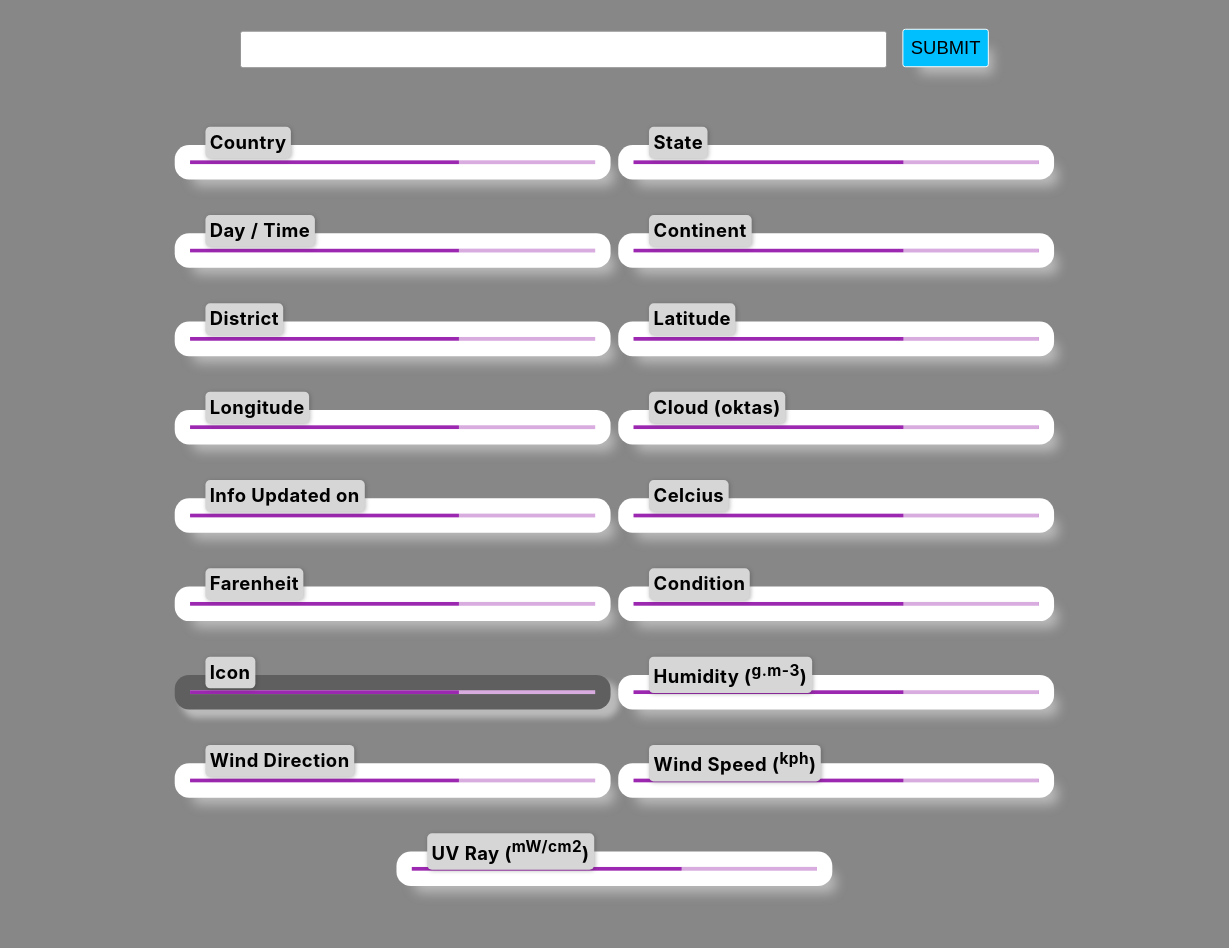
Repository: Imprasna/practising-API
Page: /
These files come from the project's save history. The page is drawn as it stood at one moment and after a run of saves; the edit follows.
The browser window is 1280 px wide. The pictures show the whole page, at 96% of full size.
The project was rebuilt for these pictures with package versions that can differ from the ones it lists, and the page was loaded fresh each time. Also part of the build but not shown: src/component/Country.js, src/component/Region.js, src/component/Time.js, src/component/Continent.js, src/component/District.js, src/component/Cloud.js, src/component/UpdatedWeather.js, src/component/Celcius.js and 9 more.

Above is the page before, as saved 2021-11-12 00:06:25.

### src/App.js
import './App.css';
import Get from './Get'

function App() {
  return (
    <div className="App">
      <Get />
    </div>
  );
}

export default App;

### src/Get.js
import React, { useState } from "react";
import axios from "axios";
// import moment from 'moment';
import Country from "./component/Country";
import Region from "./component/Region";
import Time from "./component/Time";
import Continent from "./component/Continent";
import District from "./component/District";
import Cloud from "./component/Cloud";
import UpdatedWeather from "./component/UpdatedWeather";
import Celcius from "./component/Celcius";
import Farenheit from "./component/Farenheit";
import Latitude from "./component/Latitude";
import Longitude from "./component/Longitude";
import Condition from "./component/Condition";
import Icon from "./component/Icon";
import Humidity from "./component/Humidity";
import WindDirection from "./component/WindDirection";
import WindSpeed from "./component/WindSpeed";
import Uv from "./component/Uv";
import "./component/style.css";
// import CircularProgress from '@mui/material/CircularProgress';
import LinearProgress from '@mui/material/LinearProgress';



const Get = () => {
	const [getPost, setGetPost] = useState([]);
	const [loading, setLoading] = useState(false);
	const [values, setValues] = useState({ cities: "" });

	React.useEffect =
		(() => {
			getData();

			const CName = () => {
				setGetPost(getPost);
			};
			CName();
		},
		[]);

		const getData = async () =>
		{
			const city = values.cities;
			try {
				const res = await axios.get(
					`http://api.weatherapi.com/v1/current.json?key=b572a200fc624a6a85671436211310&q=${city}&aqi=yes`
					);
				setTimeout(function ()
				{
					// console.log(res.data.current);
					// console.log(res.data.location);
					// setGetPost(res.data);
					(setGetPost(res.data))
					setLoading(true);
				}, 3000);

			console.log(getPost);
			// console.log(res.data.current);
			// setGetPost({res});
		} catch (err) {
			console.log(err);
		}
	};
	console.log(getPost);

	const onChangeHandler = (e) => {
		const name = e.target.name;
		const value = e.target.value;

		// here values is the state name
		let inputValues = values;
		inputValues[name] = value;
		setValues({ ...inputValues });
		setLoading(false);
	};

	return (
		<>
			<input
				className="search-box"
				type="text"
				value={values.cities}
				name="cities"
				onChange={(e) => onChangeHandler(e)}
			/>
			<button className="button" onClick={getData}>
				Submit
			</button>

			<div className="whole">
				<div className="Country">
					{loading ? (<Country CName={getPost} />) : (<LinearProgress  color="secondary"  />)}
					<h1>Country</h1>
				</div>

				<div className="region">
				{loading ? (<Region CName={getPost} />) : (<LinearProgress  color="secondary"  />) }
					<h1>State</h1>

				</div>

				<div className="time">
				{loading ? (<Time CName={getPost} />) : (<LinearProgress  color="secondary"  />) }
					<h1>Day / Time</h1>

				</div>

				<div className="continent">
				{loading ? (<Continent CName={getPost} />) : (<LinearProgress  color="secondary"  />) }
					<h1>Continent</h1>

				</div>

				<div className="district">
				{loading ? (<District CName={getPost} />) : (<LinearProgress  color="secondary"  />) }
					<h1>District</h1>

				</div>

				<div className="lat">
				{loading ? (<Latitude CName={getPost} />) : (<LinearProgress  color="secondary"  />) }
					<h1>Latitude</h1>

				</div>

				<div className="lon">
				{loading ? (<Longitude CName={getPost} />) : (<LinearProgress  color="secondary"  />) }
					<h1>Longitude</h1>

				</div>

				<div className="cloud">
				{loading ? (<Cloud CName={getPost} />) : (<LinearProgress  color="secondary"  />) }
					<h1>Cloud (oktas)</h1>

				</div>

				<div className="upt">
				{loading ? (<UpdatedWeather CName={getPost} />) : (<LinearProgress  color="secondary"  />) }
					<h1>Info Updated on</h1>

				</div>

				<div className="cel">
				{loading ? (<Celcius CName={getPost} />) : (<LinearProgress  color="secondary"  />) }
					<h1>Celcius</h1>

				</div>

				<div className="far">
				{loading ? (<Farenheit CName={getPost} />) : (<LinearProgress  color="secondary"  />) }
					<h1>Farenheit</h1>

				</div>

				<div className="cond">
				{loading ? (<Condition CName={getPost} />) : (<LinearProgress  color="secondary"  />) }
					<h1>Condition</h1>

				</div>

				<div className="icon">
				{loading ? (<Icon CName={getPost} />) : (<LinearProgress  color="secondary"  />) }
					<h1>Icon</h1>

				</div>

				<div className="hum">
				{loading ? (<Humidity CName={getPost} />) : (<LinearProgress  color="secondary"  />) }
					<h1>
						Humidity (<sup>g.m-3</sup>)
					</h1>

				</div>


				<div className="wd">
				{loading ? (<WindDirection CName={getPost} />) : (<LinearProgress  color="secondary"  />) }
					<h1>Wind Direction</h1>

				</div>

				<div className="ws">
				{loading ? (<WindSpeed CName={getPost} />) : (<LinearProgress  color="secondary"  />) }
					<h1>
						Wind Speed (<sup>kph</sup>)
					</h1>

				</div>

				<div className="uv">
				{loading ? (<Uv CName={getPost} />) : (<LinearProgress  color="secondary"  />) }
					<h1>
						UV Ray (<sup>mW/cm2</sup>)
					</h1>

				</div>
			</div>
		</>
	);
};

export default Get;

### src/component/style.css
body {
    background: #878787;
}

.whole {
    width: 100%;
    height: 100%;
    display: flex;
    justify-content: center;
    align-items: center;
    flex-wrap: wrap;
    gap: .5rem;
    margin-bottom: 4rem;
}

.search-box {
    width: 50%;
    padding: .5rem 1rem;
    border-radius: 3px;
    border: 1px solid #929292;
    outline: none;
    font-size: 1rem;
    line-height: 1.3em;
    margin: 0 auto;
    margin-bottom: 2rem;
    margin-top: 2rem;
    margin-right: 1rem;
    text-transform: uppercase;
}

.button {
    padding: .5rem;
    outline: none;
    border: 1px solid #fff;
    box-shadow: 11px 14px 12px -7px rgba(204,204,204,0.75);
    cursor: pointer;
    font-size: 1.2rem;
    text-transform: uppercase;
    border-radius: 3px;
    background: deepskyblue;
}

.Country {
    width: 33%;
    color: #000;
    padding: 1rem;
    border-radius: 15px;
    background-color: #fff;
    box-shadow: 11px 14px 12px -7px rgba(204,204,204,0.75);
    position: relative;
    font-size: 1.1rem;
    font-weight: 600;
    letter-spacing: .5px;
    margin-top: 3rem;
}

.Country > h1 {
    position: absolute;
    top: -2rem;
    left: 2rem;
    padding: .3rem;
    background-color: #d6d6d6;
    border-radius: 5px;
    font-size: 1.2rem;
    filter: drop-shadow(1px 1px 2px rgba(44, 44, 44, 0.342));
    color: #000;
}

.region {
    width: 33%;
    color: #000;
    padding: 1rem;
    border-radius: 15px;
    background-color: #fff;
    box-shadow: 11px 14px 12px -7px rgba(204,204,204,0.75);
    position: relative;
    font-size: 1.1rem;
    font-weight: 600;
    letter-spacing: .5px;
    margin-top: 3rem;
}

.region > h1 {
    position: absolute;
    top: -2rem;
    left: 2rem;
    padding: .3rem;
    background-color: #d6d6d6;
    border-radius: 5px;
    font-size: 1.2rem;
    filter: drop-shadow(1px 1px 2px rgba(44, 44, 44, 0.342));
    color: #000;
}

.time {
    width: 33%;
    color: #000;
    padding: 1rem;
    border-radius: 15px;
    background-color: #fff;
    box-shadow: 11px 14px 12px -7px rgba(204,204,204,0.75);
    position: relative;
    font-size: 1.1rem;
    font-weight: 600;
    letter-spacing: .5px;
    margin-top: 3rem;
}

.time > h1 {
    position: absolute;
    top: -2rem;
    left: 2rem;
    padding: .3rem;
    background-color: #d6d6d6;
    border-radius: 5px;
    font-size: 1.2rem;
    filter: drop-shadow(1px 1px 2px rgba(44, 44, 44, 0.342));
    color: #000;
}

.continent {
    width: 33%;
    color: #000;
    padding: 1rem;
    border-radius: 15px;
    background-color: #fff;
    box-shadow: 11px 14px 12px -7px rgba(204,204,204,0.75);
    position: relative;
    font-size: 1.1rem;
    font-weight: 600;
    letter-spacing: .5px;
    margin-top: 3rem;
}

.continent > h1 {
    position: absolute;
    top: -2rem;
    left: 2rem;
    padding: .3rem;
    background-color: #d6d6d6;
    border-radius: 5px;
    font-size: 1.2rem;
    filter: drop-shadow(1px 1px 2px rgba(44, 44, 44, 0.342));
    color: #000;
}

.district {
    width: 33%;
    color: #000;
    padding: 1rem;
    border-radius: 15px;
    background-color: #fff;
    box-shadow: 11px 14px 12px -7px rgba(204,204,204,0.75);
    position: relative;
    font-size: 1.1rem;
    font-weight: 600;
    letter-spacing: .5px;
    margin-top: 3rem;
}

.district > h1 {
    position: absolute;
    top: -2rem;
    left: 2rem;
    padding: .3rem;
    background-color: #d6d6d6;
    border-radius: 5px;
    font-size: 1.2rem;
    filter: drop-shadow(1px 1px 2px rgba(44, 44, 44, 0.342));
    color: #000;
}

.lat {
    width: 33%;
    color: #000;
    padding: 1rem;
    border-radius: 15px;
    background-color: #fff;
    box-shadow: 11px 14px 12px -7px rgba(204,204,204,0.75);
    position: relative;
    font-size: 1.1rem;
    font-weight: 600;
    letter-spacing: .5px;
    margin-top: 3rem;
}

.lat > h1 {
    position: absolute;
    top: -2rem;
    left: 2rem;
    padding: .3rem;
    background-color: #d6d6d6;
    border-radius: 5px;
    font-size: 1.2rem;
    filter: drop-shadow(1px 1px 2px rgba(44, 44, 44, 0.342));
    color: #000;
}

.lon {
    width: 33%;
    color: #000;
    padding: 1rem;
    border-radius: 15px;
    background-color: #fff;
    box-shadow: 11px 14px 12px -7px rgba(204,204,204,0.75);
    position: relative;
    font-size: 1.1rem;
    font-weight: 600;
    letter-spacing: .5px;
    margin-top: 3rem;
}

.lon > h1 {
    position: absolute;
    top: -2rem;
    left: 2rem;
    padding: .3rem;
    background-color: #d6d6d6;
    border-radius: 5px;
    font-size: 1.2rem;
    filter: drop-shadow(1px 1px 2px rgba(44, 44, 44, 0.342));
    color: #000;
}

.cloud {
    width: 33%;
    color: #000;
    padding: 1rem;
    border-radius: 15px;
    background-color: #fff;
    box-shadow: 11px 14px 12px -7px rgba(204,204,204,0.75);
    position: relative;
    font-size: 1.1rem;
    font-weight: 600;
    letter-spacing: .5px;
    margin-top: 3rem;
}

.cloud > h1 {
    position: absolute;
    top: -2rem;
    left: 2rem;
    padding: .3rem;
    background-color: #d6d6d6;
    border-radius: 5px;
    font-size: 1.2rem;
    filter: drop-shadow(1px 1px 2px rgba(44, 44, 44, 0.342));
    color: #000;
}

.upt {
    width: 33%;
    color: #000;
    padding: 1rem;
    border-radius: 15px;
    background-color: #fff;
    box-shadow: 11px 14px 12px -7px rgba(204,204,204,0.75);
    position: relative;
    font-size: 1.1rem;
    font-weight: 600;
    letter-spacing: .5px;
    margin-top: 3rem;
}

.upt > h1 {
    position: absolute;
    top: -2rem;
    left: 2rem;
    padding: .3rem;
    background-color: #d6d6d6;
    border-radius: 5px;
    font-size: 1.2rem;
    filter: drop-shadow(1px 1px 2px rgba(44, 44, 44, 0.342));
    color: #000;
}

.cel {
    width: 33%;
    color: #000;
    padding: 1rem;
    border-radius: 15px;
    background-color: #fff;
    box-shadow: 11px 14px 12px -7px rgba(204,204,204,0.75);
    position: relative;
    font-size: 1.1rem;
    font-weight: 600;
    letter-spacing: .5px;
    margin-top: 3rem;
}

.cel > h1 {
    position: absolute;
    top: -2rem;
    left: 2rem;
    padding: .3rem;
    background-color: #d6d6d6;
    border-radius: 5px;
    font-size: 1.2rem;
    filter: drop-shadow(1px 1px 2px rgba(44, 44, 44, 0.342));
    color: #000;
}

.far {
    width: 33%;
    color: #000;
    padding: 1rem;
    border-radius: 15px;
    background-color: #fff;
    box-shadow: 11px 14px 12px -7px rgba(204,204,204,0.75);
    position: relative;
    font-size: 1.1rem;
    font-weight: 600;
    letter-spacing: .5px;
    margin-top: 3rem;
}

.far > h1 {
    position: absolute;
    top: -2rem;
    left: 2rem;
    padding: .3rem;
    background-color: #d6d6d6;
    border-radius: 5px;
    font-size: 1.2rem;
    filter: drop-shadow(1px 1px 2px rgba(44, 44, 44, 0.342));
    color: #000;
}

.cond {
    width: 33%;
    color: #000;
    padding: 1rem;
    border-radius: 15px;
    background-color: #fff;
    box-shadow: 11px 14px 12px -7px rgba(204,204,204,0.75);
    position: relative;
    font-size: 1.1rem;
    font-weight: 600;
    letter-spacing: .5px;
    margin-top: 3rem;
}

.cond > h1 {
    position: absolute;
    top: -2rem;
    left: 2rem;
    padding: .3rem;
    background-color: #d6d6d6;
    border-radius: 5px;
    font-size: 1.2rem;
    filter: drop-shadow(1px 1px 2px rgba(44, 44, 44, 0.342));
    color: #000;
}


.icon {
    width: 33%;
    color: #000;
    padding: 1rem;
    border-radius: 15px;
    background-color: #5f5f5f;
    box-shadow: 8px 8px 7px 1px rgba(204,204,204,0.75);
    position: relative;
    font-size: 1.1rem;
    font-weight: 600;
    letter-spacing: .5px;
    margin-top: 3rem;
}

.icon > h1 {
    position: absolute;
    top: -2rem;
    left: 2rem;
    padding: .3rem;
    background-color: #d6d6d6;
    border-radius: 5px;
    font-size: 1.2rem;
    filter: drop-shadow(1px 1px 2px rgba(44, 44, 44, 0.342));
    color: #000;
}

.hum {
    width: 33%;
    color: #000;
    padding: 1rem;
    border-radius: 15px;
    background-color: #fff;
    box-shadow: 11px 14px 12px -7px rgba(204,204,204,0.75);
    position: relative;
    font-size: 1.1rem;
    font-weight: 600;
    letter-spacing: .5px;
    margin-top: 3rem;
}

.hum > h1 {
    position: absolute;
    top: -2rem;
    left: 2rem;
    padding: .3rem;
    background-color: #d6d6d6;
    border-radius: 5px;
    font-size: 1.2rem;
    filter: drop-shadow(1px 1px 2px rgba(44, 44, 44, 0.342));
    color: #000;
}

.wd {
    width: 33%;
    color: #000;
    padding: 1rem;
    border-radius: 15px;
    background-color: #fff;
    box-shadow: 11px 14px 12px -7px rgba(204,204,204,0.75);
    position: relative;
    font-size: 1.1rem;
    font-weight: 600;
    letter-spacing: .5px;
    margin-top: 3rem;
}

.wd > h1 {
    position: absolute;
    top: -2rem;
    left: 2rem;
    padding: .3rem;
    background-color: #d6d6d6;
    border-radius: 5px;
    font-size: 1.2rem;
    filter: drop-shadow(1px 1px 2px rgba(44, 44, 44, 0.342));
    color: #000;
}

.ws {
    width: 33%;
    color: #000;
    padding: 1rem;
    border-radius: 15px;
    background-color: #fff;
    box-shadow: 11px 14px 12px -7px rgba(204,204,204,0.75);
    position: relative;
    font-size: 1.1rem;
    font-weight: 600;
    letter-spacing: .5px;
    margin-top: 3rem;
}

.ws > h1 {
    position: absolute;
    top: -2rem;
    left: 2rem;
    padding: .3rem;
    background-color: #d6d6d6;
    border-radius: 5px;
    font-size: 1.2rem;
    filter: drop-shadow(1px 1px 2px rgba(44, 44, 44, 0.342));
    color: #000;
}

.uv {
    width: 33%;
    color: #000;
    padding: 1rem;
    border-radius: 15px;
    background-color: #fff;
    box-shadow: 11px 14px 12px -7px rgba(204,204,204,0.75);
    position: relative;
    font-size: 1.1rem;
    font-weight: 600;
    letter-spacing: .5px;
    margin-top: 3rem;
}

.uv > h1 {
    position: absolute;
    top: -2rem;
    left: 2rem;
    padding: .3rem;
    background-color: #d6d6d6;
    border-radius: 5px;
    font-size: 1.2rem;
    filter: drop-shadow(1px 1px 2px rgba(44, 44, 44, 0.342));
    color: #000;
}

Loaded but not shown: public/index.html (common file); src/index.js (common file); src/index.css (common file); src/App.css (common file)

After the next 2 saves:
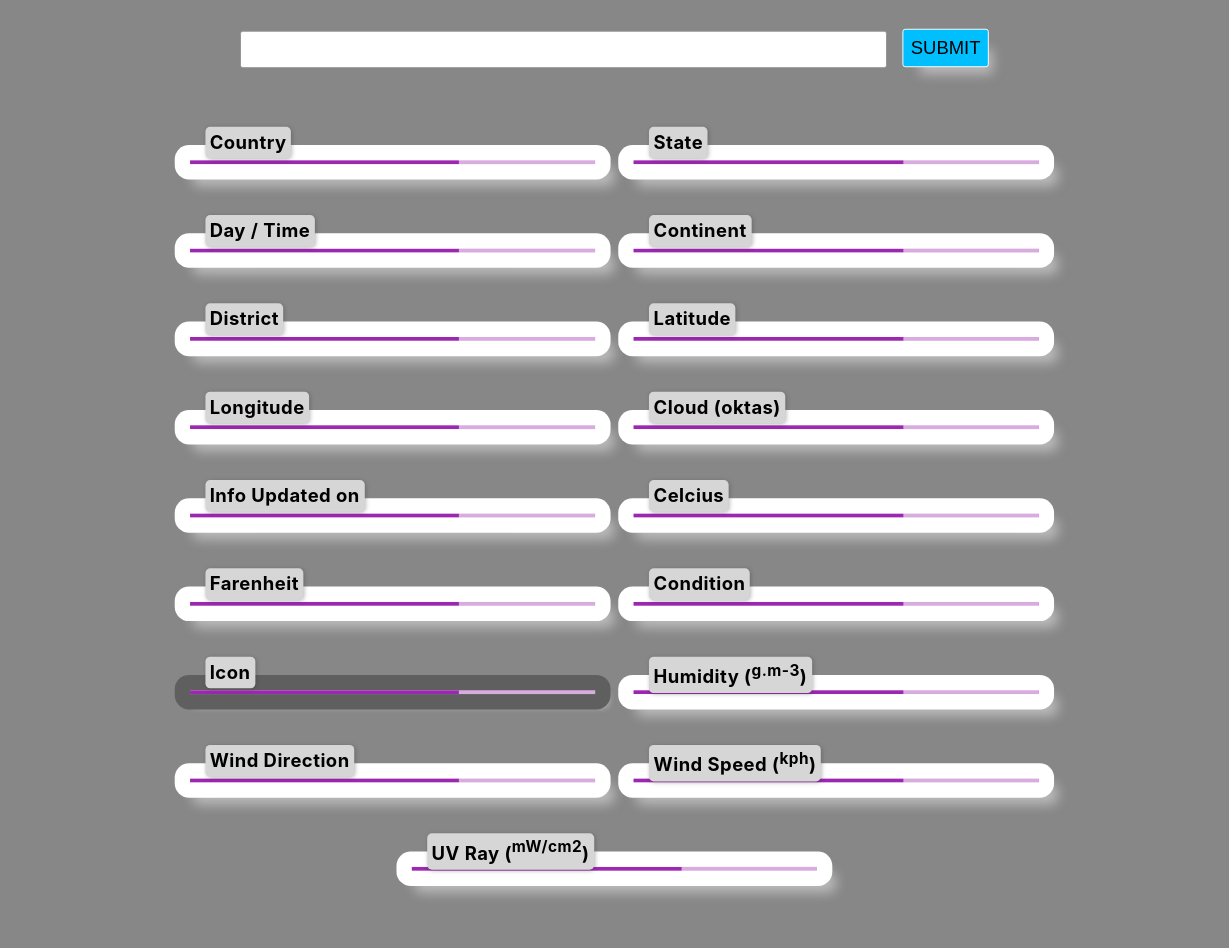
The 2 saves are shown as one change because they came seconds apart.
The last was saved 7 s later.
--- a/src/component/style.css
+++ b/src/component/style.css
@@ -359,7 +359,7 @@ body {
     padding: 1rem;
     border-radius: 15px;
     background-color: #5f5f5f;
-    box-shadow: 8px 8px 7px 1px rgba(204,204,204,0.75);
+    box-shadow: 8px 8px 7px -10px rgba(204,204,204,0.75);
     position: relative;
     font-size: 1.1rem;
     font-weight: 600;
